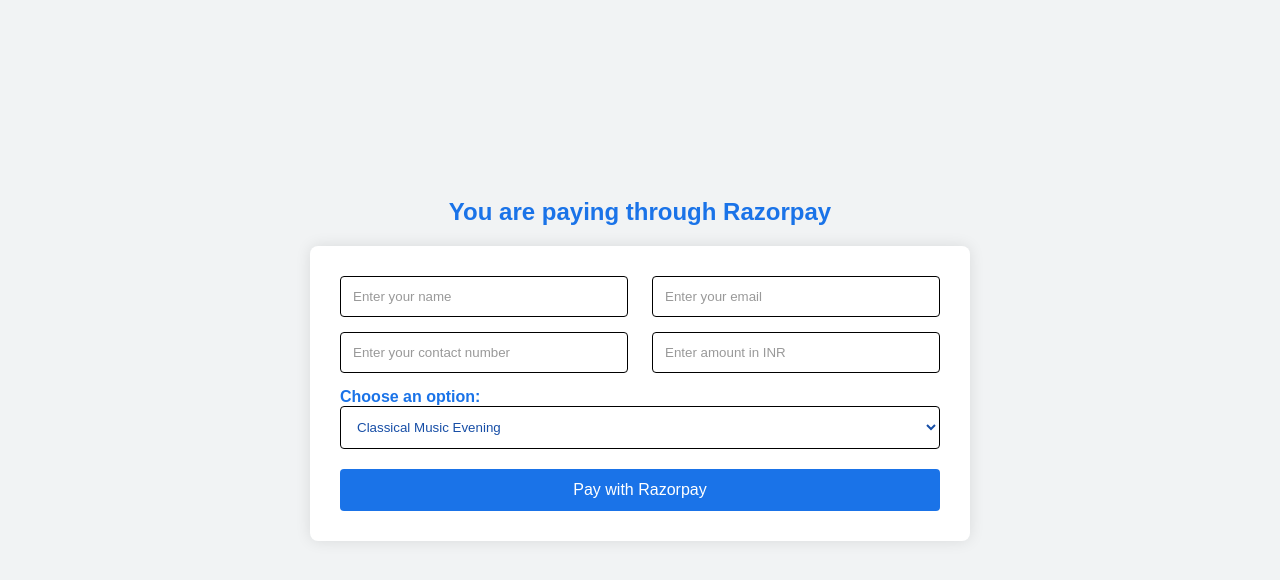
Repository: SharonSebastian32/razorpaypaymentgateway_implementation
Page: bookEventpage.html
These files come from the project's save history. The page is drawn as it stood at one moment and after the next save; the edit follows.
The browser window is 1280 px wide. The pictures show the whole page.

Above is the page before, as saved 2024-08-09 07:13:37.

### bookEventpage.html
<!DOCTYPE html>
<html lang="en">
  <head>
    <meta charset="UTF-8" />
    <meta name="viewport" content="width=device-width, initial-scale=1.0" />
    <title>Razorpay Payment gateway</title>

    <style>
      :root {
        --primary-blue: #1a73e8;
        --light-blue: #000000;
        --dark-blue: #174ea6;
        --white: #ffffff;
        --light-gray: #f1f3f4;
      }

      body {
        font-family: Arial, sans-serif;
        background-color: var(--light-gray);
        display: flex;
        justify-content: center;
        align-items: center;
        height: 100vh;
        margin: 0;
      }

      h2 {
        text-align: center;
        color: var(--primary-blue);
        margin-bottom: 20px;
      }

      #paymentForm {
        background-color: var(--white);
        padding: 30px;
        border-radius: 8px;
        box-shadow: 0 0 15px rgba(0, 0, 0, 0.1);
        width: 600px;
      }

      .form-row {
        display: flex;
        justify-content: space-between;
        margin-bottom: 15px;
      }

      .form-group {
        flex: 0 0 48%;
      }

      input,
      select {
        width: 100%;
        padding: 12px;
        border: 1px solid var(--light-blue);
        border-radius: 4px;
        box-sizing: border-box;
        background-color: var(--white);
        color: var(--dark-blue);
        transition: border-color 0.3s ease;
      }

      input:focus,
      select:focus {
        outline: none;
        border-color: var(--primary-blue);
      }

      input::placeholder {
        color: #999;
      }

      label {
        display: block;
        margin-top: 15px;
        color: var(--primary-blue);
        font-weight: bold;
      }

      #rzp-button1 {
        width: 100%;
        padding: 12px;
        background-color: var(--primary-blue);
        color: var(--white);
        border: none;
        border-radius: 4px;
        cursor: pointer;
        font-size: 16px;
        margin-top: 20px;
        transition: background-color 0.3s ease;
      }

      #rzp-button1:hover {
        background-color: var(--dark-blue);
      }
    </style>
  </head>
  <body>
    <div>
      <h2>You are paying through Razorpay</h2>

      <form id="paymentForm">
        <div class="form-row">
          <div class="form-group">
            <input
              type="text"
              id="name"
              placeholder="Enter your name"
              required
            />
          </div>
          <div class="form-group">
            <input
              type="email"
              id="email"
              placeholder="Enter your email"
              required
            />
          </div>
        </div>
        <div class="form-row">
          <div class="form-group">
            <input
              type="text"
              id="contact"
              placeholder="Enter your contact number"
              required
            />
          </div>
          <div class="form-group">
            <input
              type="text"
              id="amount"
              placeholder="Enter amount in INR"
              required
            />
          </div>
        </div>
        <label for="choices">Choose an option:</label>
        <select id="choices" name="choices">
          <!-- Options will be dynamically generated here -->
        </select>
        <button id="rzp-button1" type="submit">Pay with Razorpay</button>
      </form>
    </div>

    <!--------------------------paymentGatewayScripts--------------->
    <script src="./Script/paymentGateway.js"></script>

    <!--------------------------razorpayScript ---------------------->
    <script src="https://checkout.razorpay.com/v1/checkout.js"></script>
  </body>
</html>

### Script/paymentGateway.js
document.getElementById("paymentForm").addEventListener("submit", function (e) {
  e.preventDefault();
  var name = document.getElementById("name").value;
  var email = document.getElementById("email").value;
  var contact = document.getElementById("contact").value;
  var amount = document.getElementById("amount").value * 100;
  // Convert amount to paise

  var options = {
    key: "rzp_test_gCzBTQcb92KH3e", // Enter the Key ID generated from the Dashboard
    amount: amount.toString(), // Amount in currency subunits (100 paise = 1 INR)
    currency: "INR",
    name: "Ozwalz Events",
    description: "Thank You for booking event with Ozwalz Events",
    image: "./assets/images/logo.png",

    handler: function (response) {
      // Handle the response from Razorpay after payment
      // You can redirect to another page or save the response to your database
    },
    prefill: {
      name: name,
      email: email,
      contact: contact,
    },
    notes: {
      description: "Thank You for booking event with Ozwalz Events",
    },
    theme: {
      color: "#red",
    },
  };

  var rzp1 = new Razorpay(options);
  rzp1.open();
});

// API FOR FETCHING EVENTNAME

let eventData;

fetch("./JSON/event.json")
  .then((response) => response.json())
  .then((data) => {
    eventData = data;

    // Populate the select element with event names
    const selectElement = document.getElementById("choices");
    data.forEach((event) => {
      const option = document.createElement("option");
      option.value = event.id;
      option.text = event.eventName;
      selectElement.add(option);
    });

    // Add event listener to the select element
    selectElement.addEventListener("change", updatePriceInput);
  })
  .catch((error) => console.error("Error:", error));

function updatePriceInput() {
  const selectedEventId = document.getElementById("choices").value;
  const selectedEvent = eventData.find((event) => event.id === selectedEventId);

  if (selectedEvent) {
    document.getElementById("amount").value = selectedEvent.price.basePrice;
  } else {
    document.getElementById("amount").value = "";
  }
}

Loaded but not shown: JSON/event.json (899 lines, source omitted)

After the next save:
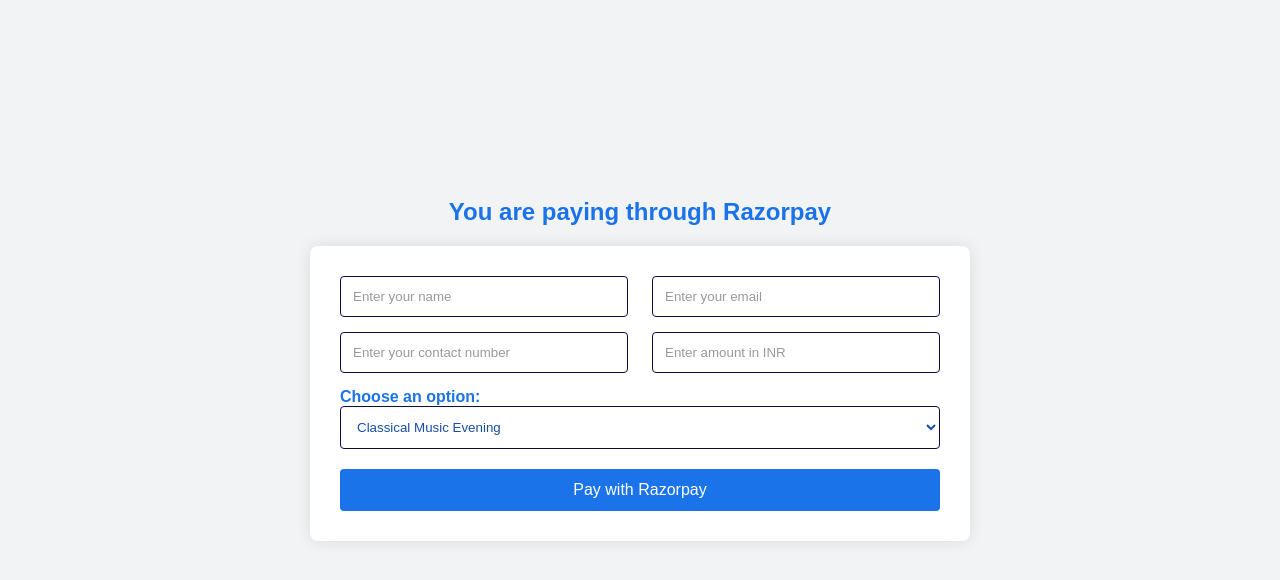
Saved 23 s later.
--- a/bookEventpage.html
+++ b/bookEventpage.html
@@ -8,7 +8,7 @@
     <style>
       :root {
         --primary-blue: #1a73e8;
-        --light-blue: #000000;
+        --light-blue: #0d0e3d;
         --dark-blue: #174ea6;
         --white: #ffffff;
         --light-gray: #f1f3f4;
